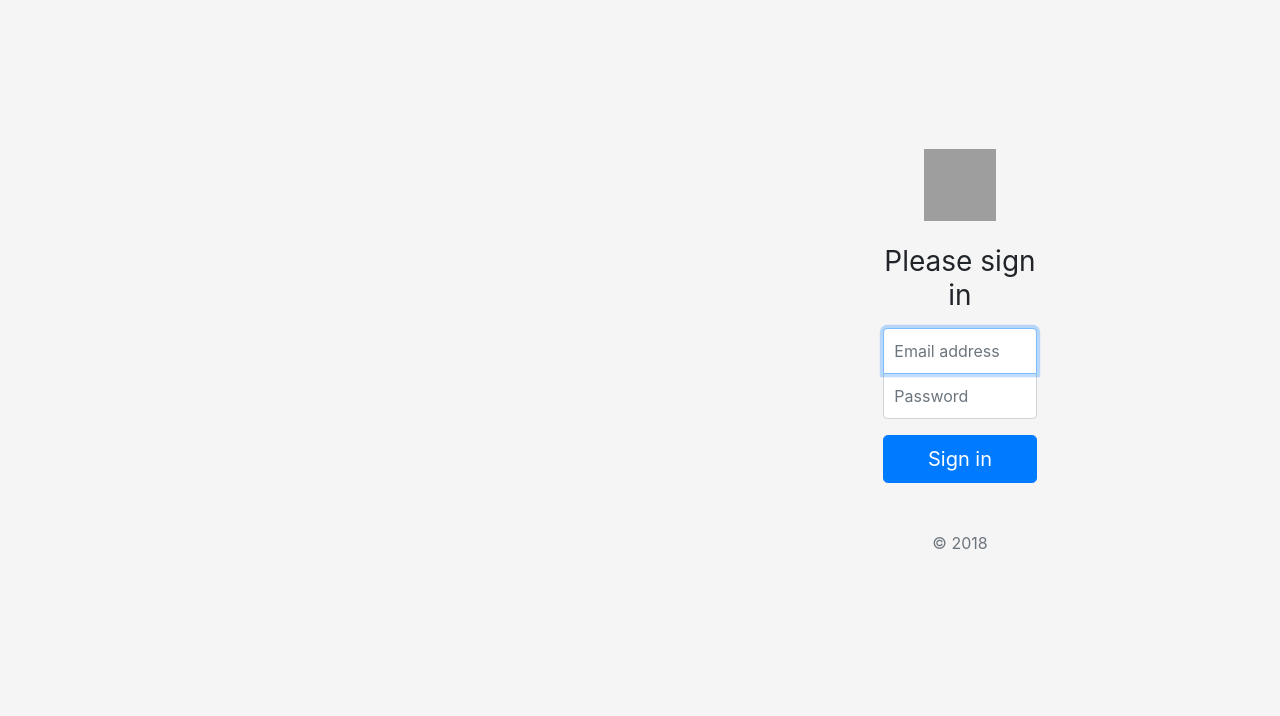
Repository: DonWhelan/Request-Hub
Page: http://localhost/test/test.php
The author's editor kept a record of every edit. The page is drawn from the files as they stood at one moment, then again after the next edit.
The browser window is 1280 px wide. The pictures show the whole page.
Pictures or frames that could not be fetched are drawn as grey boxes. The page is run by PHP 8.4 with error messages shown; the project is at /var/www/html/.

Above is the page before.

After the next edit:
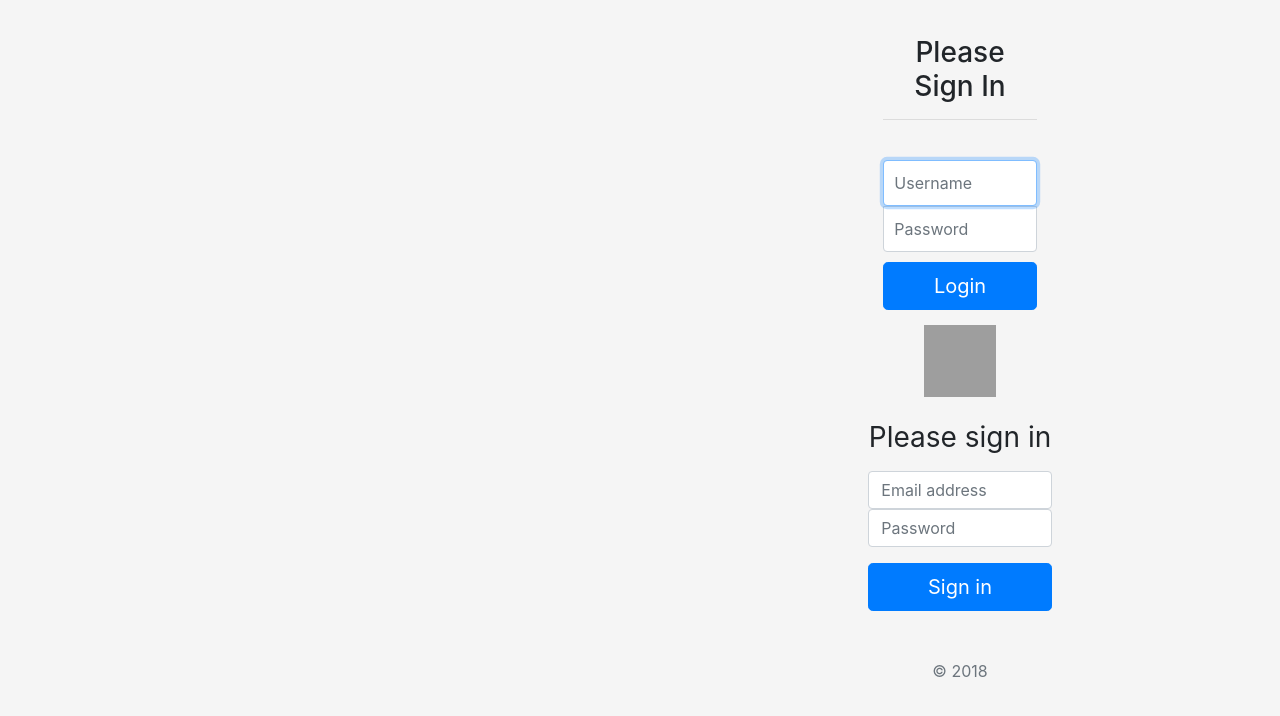
The edit:
--- a/test/test.php
+++ b/test/test.php
@@ -30,6 +30,19 @@
             </div>
             <div class="col-sm-4">
                 <form class="form-signin">
+
+
+                        		<form action="indexLoginVal.php" method="post" name="Login_Form" class="form-signin" >
+		     <h3 class="form-signin-heading">Please Sign In</h3>
+			  <hr class="colorgraph"><br>
+
+			  <input type="text" class="form-control" name="username" placeholder="Username" required="" autofocus="" />
+			  <input type="password" class="form-control" name="password" placeholder="Password" required=""/>
+
+			  <button class="btn btn-lg btn-primary btn-block"  name="Submit" value="Login" type="Submit">Login</button>
+		</form>
+
+
                     <img class="mb-4" src="https://getbootstrap.com/assets/brand/bootstrap-solid.svg" alt="" width="72" height="72">
                     <h1 class="h3 mb-3 font-weight-normal">Please sign in</h1>
                     <label for="inputEmail" class="sr-only">Email address</label>
